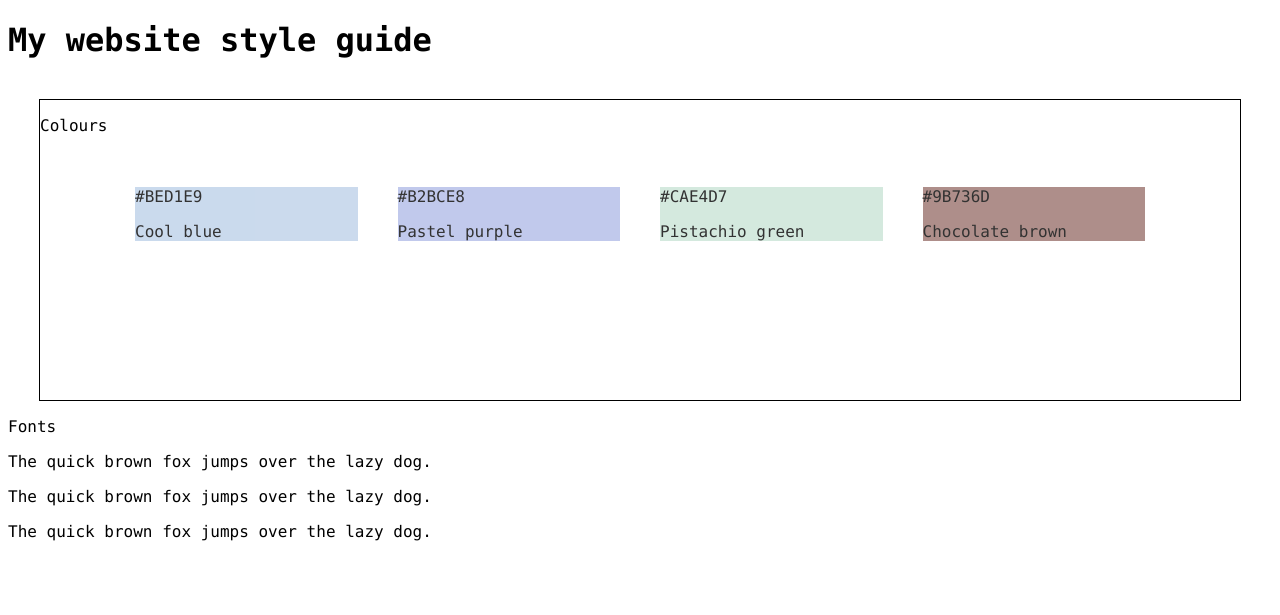
Repository: nazaninrizvi/codecademy
Page: Javascript/website-design-system/index.html
These files come from the project's save history. The page is drawn as it stood at one moment and after a run of saves; the edit follows.
The browser window is 1280 px wide. The pictures show the whole page.

Above is the page before, as saved 2021-11-26 14:29:23.

After the next 2 saves:
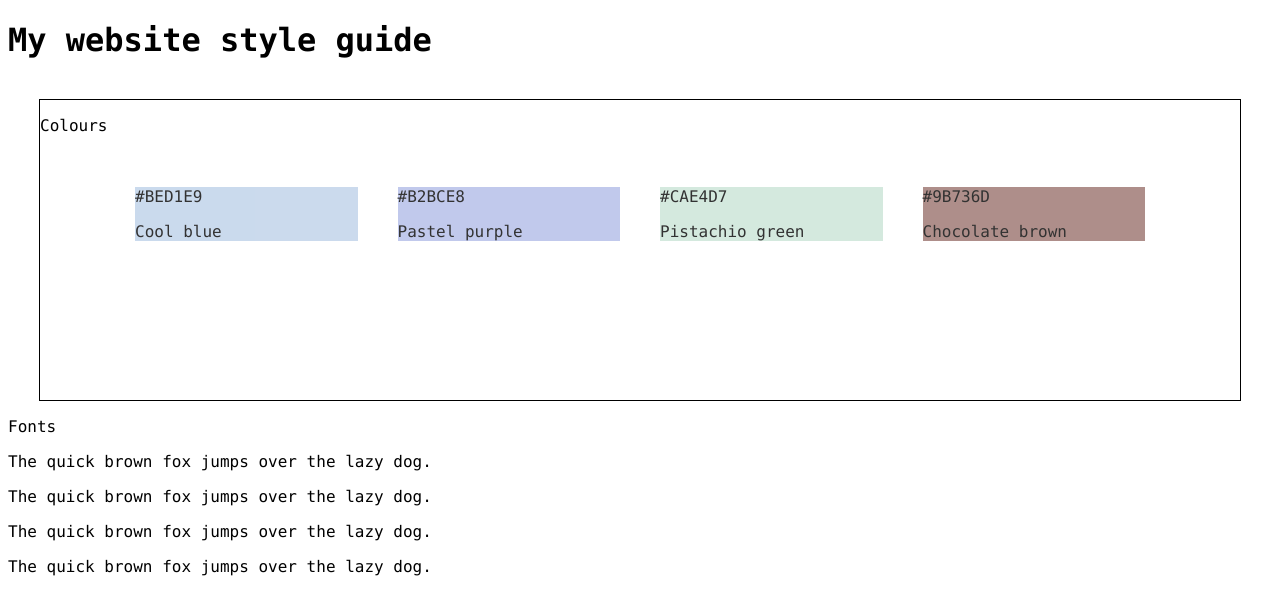
The 2 saves are shown as one change because they came seconds apart.
The last was saved 6 s later.
--- a/Javascript/website-design-system/index.html
+++ b/Javascript/website-design-system/index.html
@@ -37,7 +37,10 @@
            <div class="fontcontainer">
                <div class='font'>
                 <p>The quick brown fox jumps over the lazy dog.</p>
-                <p>The quick brown fox jumps over the lazy dog.</p>The quick brown fox jumps over the lazy dog.
+                <p>The quick brown fox jumps over the lazy dog.</p>
+                <p>The quick brown fox jumps over the lazy dog.
+
+                </p>The quick brown fox jumps over the lazy dog.
 
 
                </div>
